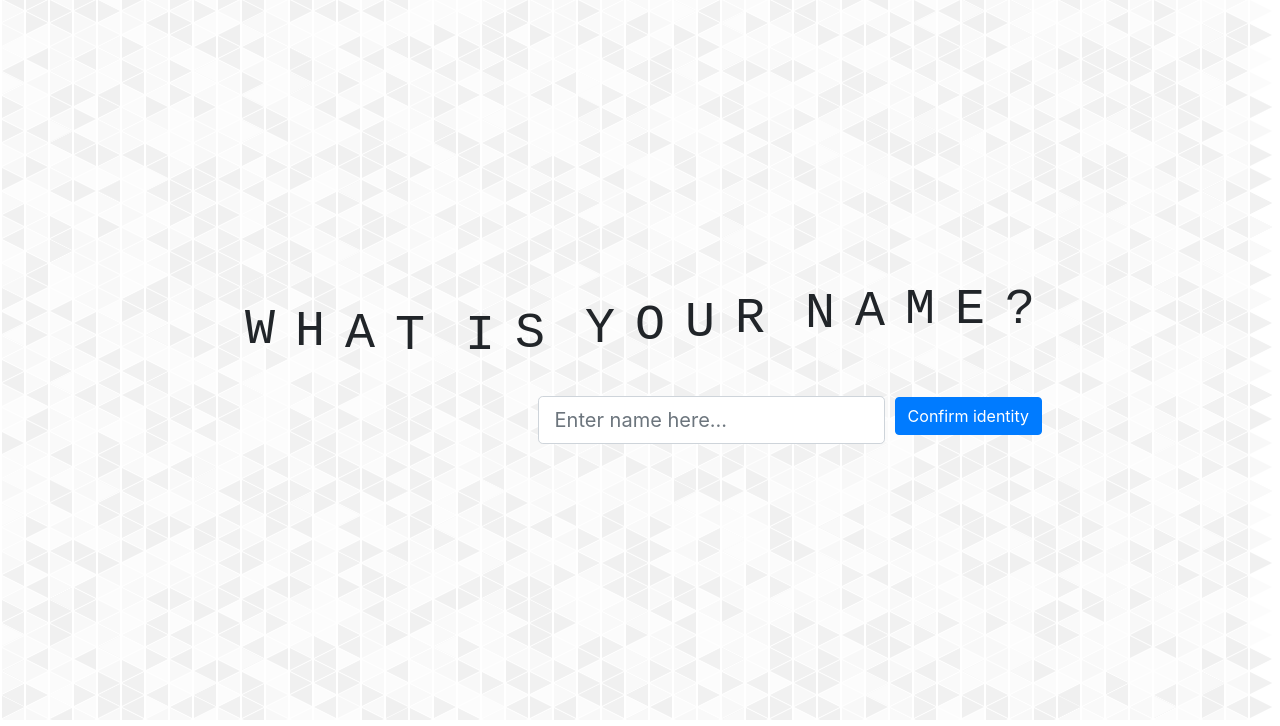
Repository: Aaquib111/Aaquib111.github.io
Page: index.html
An editor plug-in stored every save of this project. The page is shown before and after the next save, followed by the edit.
The browser window is 1280 px wide. The pictures show the whole page.

Above is the page before, as saved 2021-05-12 21:58:06.

After the next save:
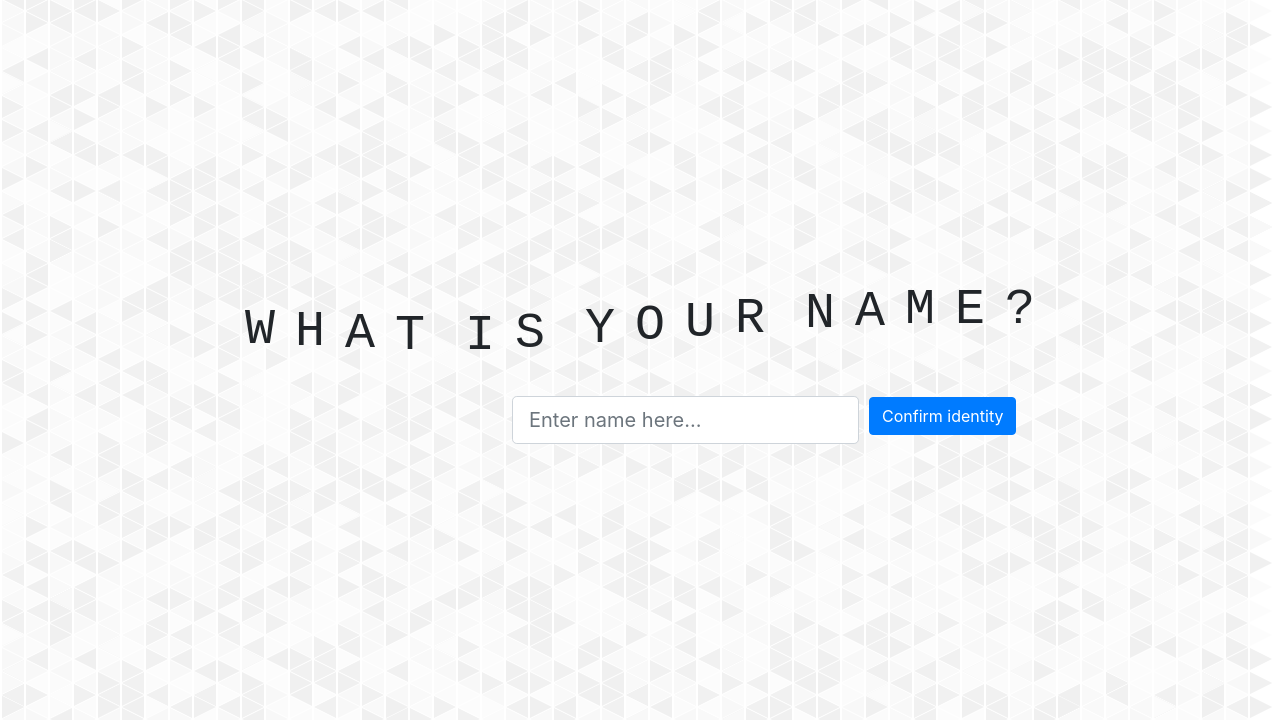
Saved 56 s later.
--- a/css/background.css
+++ b/css/background.css
@@ -36,7 +36,7 @@ canvas{
   align-self:center;
   z-index: 2;
   position: absolute;
-  left: 42vw;
+  left: 40vw;
   top: 55vh;
   align-items: flex-start;
 }
